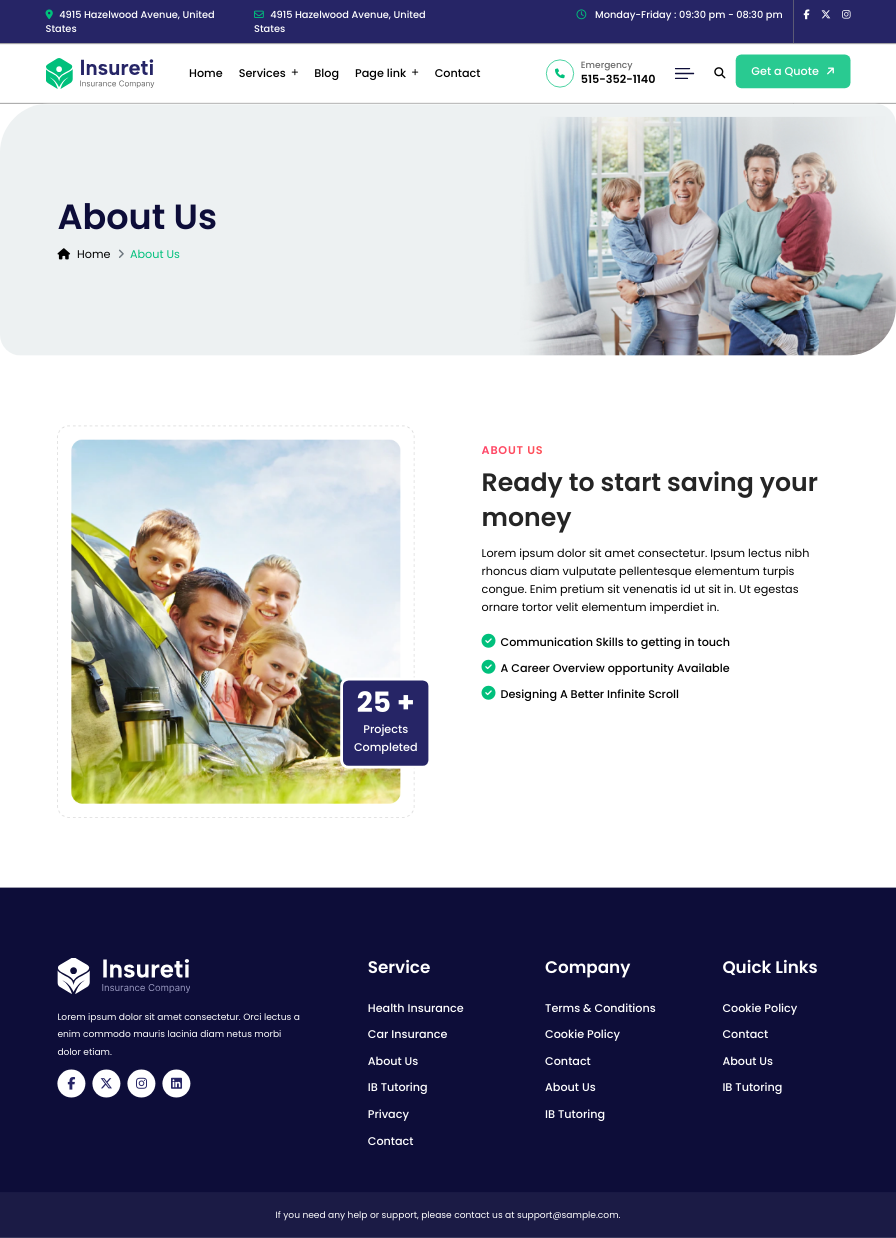
Repository: Tanmay226/it-portfolio-site
Page: it-company/about-us.html
These files come from the project's save history. The page is drawn as it stood at one moment and after the next save; the edit follows.
The browser window is 1280 px wide. The pictures show the whole page, at 70% of full size.
Some web libraries are served in a nearby version.

Above is the page before, as saved 2024-11-05 21:49:04.

After the next save:
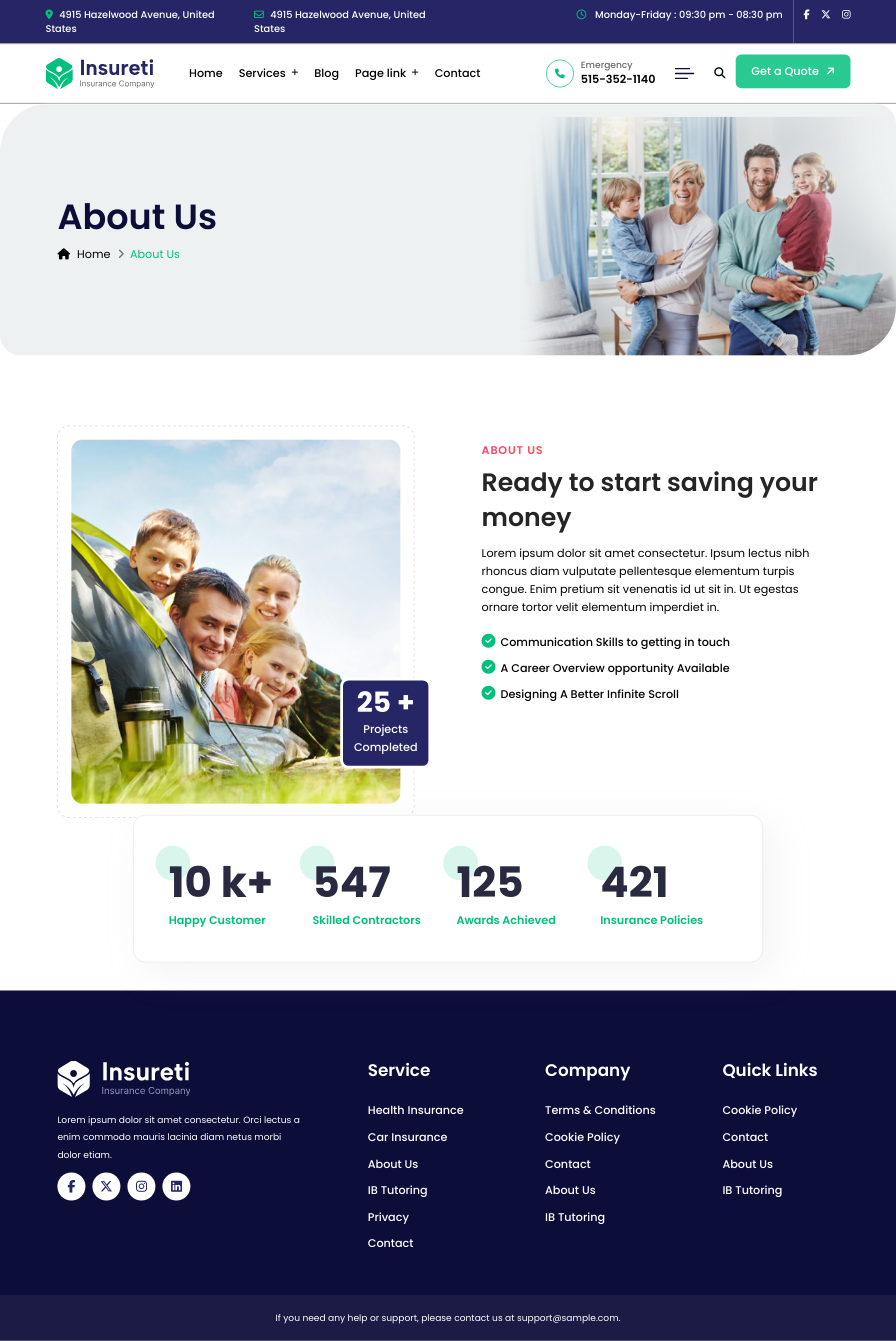
Saved 58 s later.
--- a/it-company/about-us.html
+++ b/it-company/about-us.html
@@ -308,7 +308,77 @@
         </div><!--./container-->
     </section>
     <!-- ./about end -->
-
+  <!-- start count stats -->
+  <section class="counter-sec">
+    <div class="container">
+      <div class="row">
+        <div class="col-lg-3 ">
+          <div class="stats rt-counter-box">
+            <div class="counter-number">
+              </span>
+              <span class="counting" data-count="10" data-duration="3000">0 </span>
+              <span class="counter-unit">k+</span>
+            </div>
+            <div class="round-shape"> <svg width="50" height="50" viewBox="0 0 50 50" fill="#D9F6EC"
+                xmlns="http://www.w3.org/2000/svg">
+                <circle cx="25" cy="25" r="25" fill=""></circle>
+              </svg></div>
+
+            <h5>Happy Customer</h5>
+          </div>
+
+        </div>
+        <!-- ./col-md-3 -->
+        <div class="col-lg-3 ">
+          <div class="stats rt-counter-box">
+            <div class="counter-number">
+
+              <span class="counting" data-count="854" data-duration="5000">0 </span>
+            </div>
+            <div class="round-shape"> <svg width="50" height="50" viewBox="0 0 50 50" fill="#D9F6EC"
+                xmlns="http://www.w3.org/2000/svg">
+                <circle cx="25" cy="25" r="25" fill=""></circle>
+              </svg></div>
+
+            <h5>Skilled Contractors</h5>
+          </div>
+
+        </div>
+        <!-- ./col-md-3 -->
+        <div class="col-lg-3 ">
+          <div class="stats rt-counter-box">
+            <div class="counter-number">
+              <span class="counting" data-count="125" data-duration="2000">0 </span>
+            </div>
+            <div class="round-shape"> <svg width="50" height="50" viewBox="0 0 50 50" fill="#D9F6EC"
+                xmlns="http://www.w3.org/2000/svg">
+                <circle cx="25" cy="25" r="25" fill=""></circle>
+              </svg></div>
+
+            <h5>Awards Achieved</h5>
+          </div>
+
+        </div>
+        <!-- ./col-md-3 -->
+        <div class="col-lg-3 ">
+          <div class="stats rt-counter-box">
+            <div class="counter-number">
+              <span class="counting" data-count="658" data-duration="5000">0 </span>
+            </div>
+            <div class="round-shape"> <svg width="50" height="50" viewBox="0 0 50 50" fill="#D9F6EC"
+                xmlns="http://www.w3.org/2000/svg">
+                <circle cx="25" cy="25" r="25" fill=""></circle>
+              </svg></div>
+
+            <h5>Insurance Policies</h5>
+          </div>
+
+        </div>
+        <!-- ./col-md-3 -->
+      </div>
+    </div>
+  </section>
+  <!-- end cont stats -->
     <!-- footer start -->
     <footer class="footer-sec white-clr-text custom-pad pb-0">
         <div class="container">
